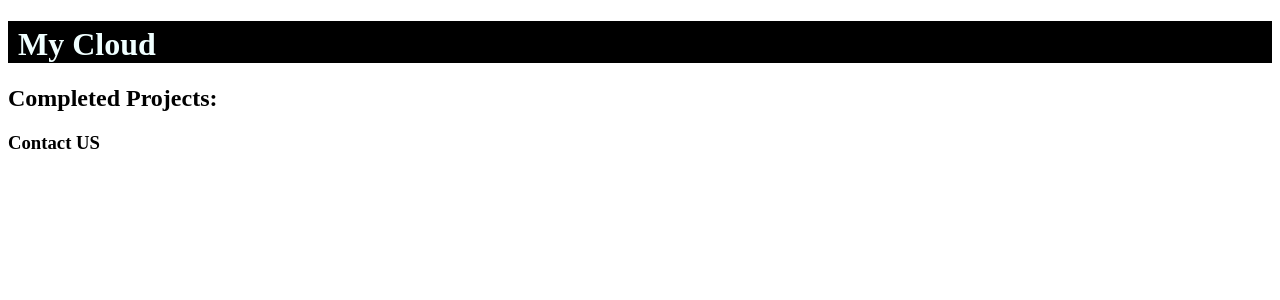
Repository: Fredy452/Fundamentos_de_la_Web
Page: Trabajos/Styling/index.html
These files come from the project's save history. The page is drawn as it stood at one moment and after the next save; the edit follows.
The browser window is 1280 px wide. The pictures show the whole page.

Above is the page before, as saved 2023-06-15 12:53:05.

After the next save:
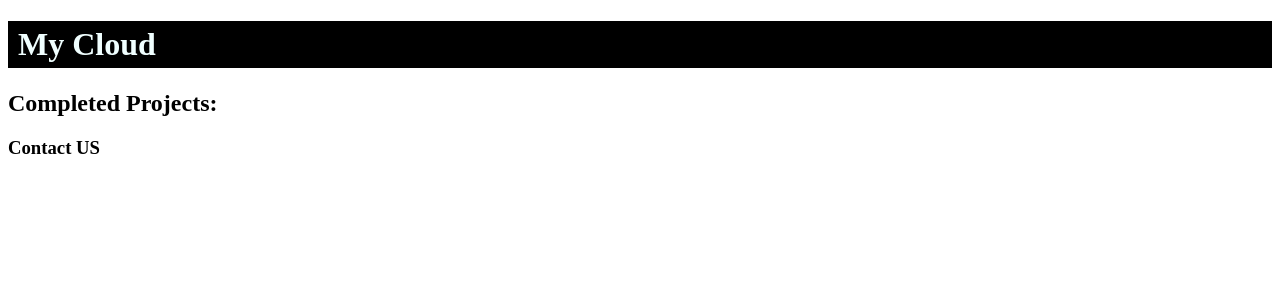
Saved 9 s later.
--- a/Trabajos/Styling/style.css
+++ b/Trabajos/Styling/style.css
@@ -1,5 +1,5 @@
 h1{
     background-color: black;
     color: azure;
-    padding: 5px 10px 0;
+    padding: 5px 10px 5px;
 }
